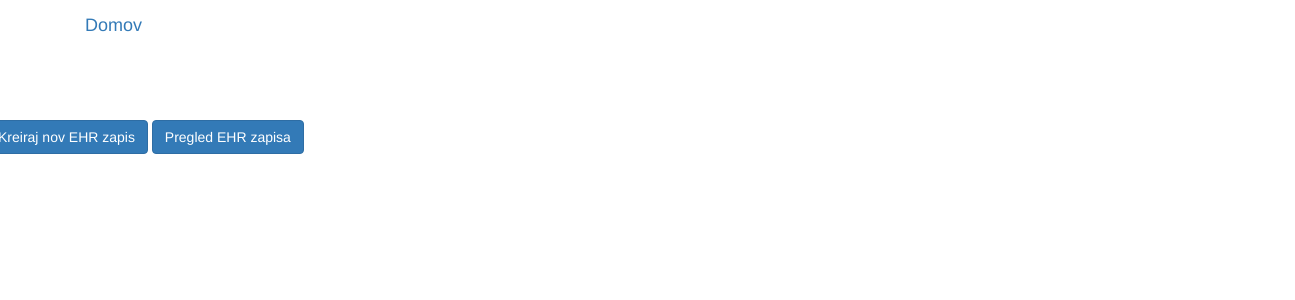
Repository: Denten7/oisdn4
Page: index.html
The author's editor kept a record of every edit. The page is drawn from the files as they stood at one moment, then again after the next edit.
The browser window is 1280 px wide. The page is 1295 px wide, so the pictures cover 1295 px, including what lies to the right of the window. The pictures show the whole page.
Some web libraries are served in a nearby version.

Above is the page before.

After the next edit:
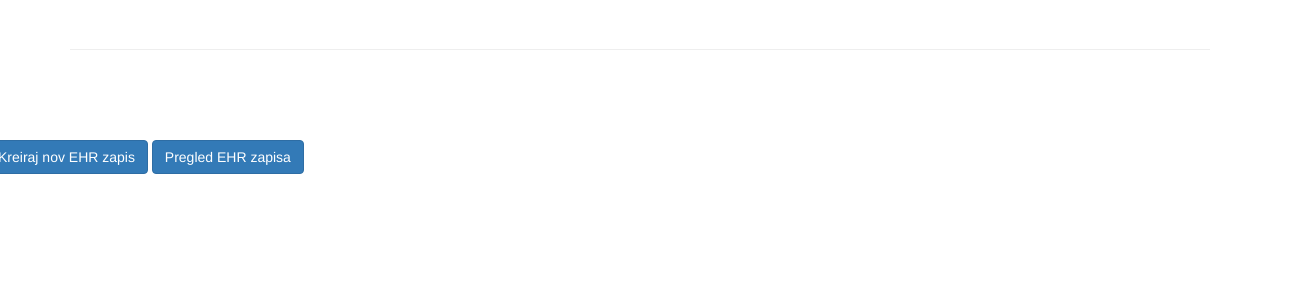
The edit:
--- a/index.html
+++ b/index.html
@@ -11,10 +11,11 @@
     <body>
 
       <div class="container">
-        <a class="navbar-brand" href="index.html">
-              Domov
-            </a>
-          </div>
+        <div class="page-header">
+
+        </div>
+
+
 
         </div>
         <div class="row">
